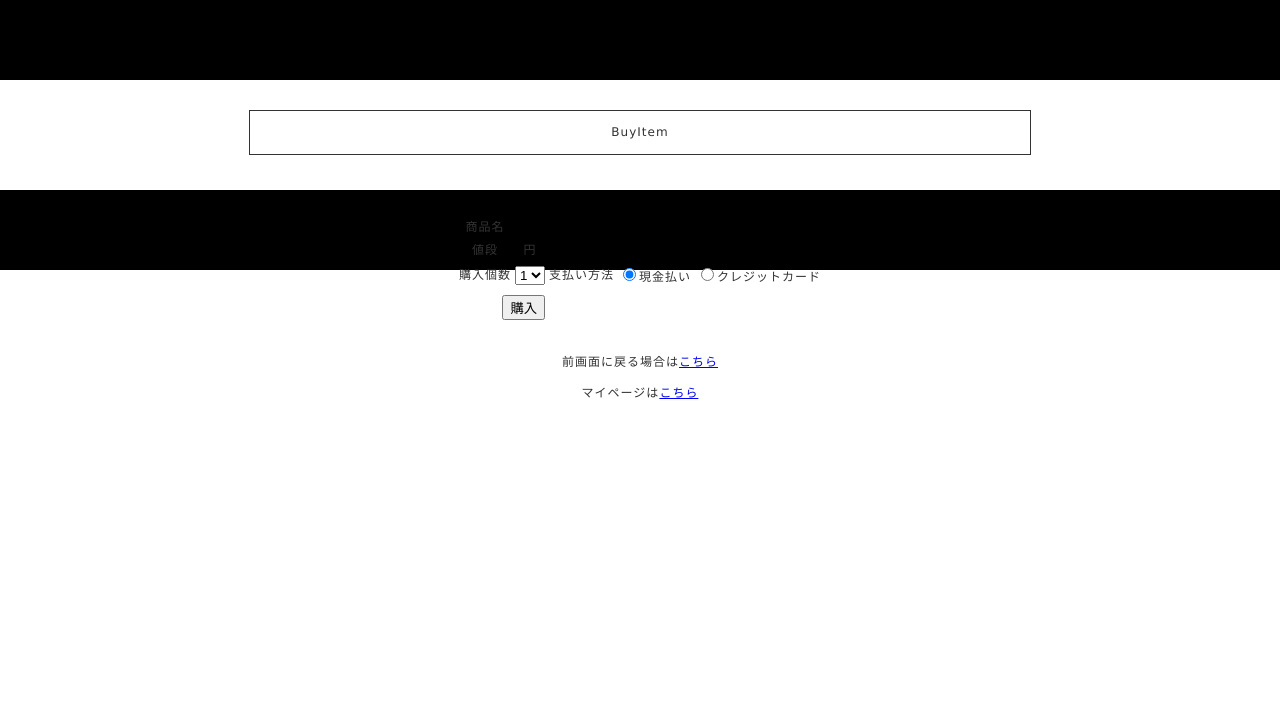
Repository: Numanaka/test
Page: http://localhost/ecsite/buyItem.jsp
The author's editor kept a copy of each file at every save. The page is drawn from the files as they stood at one save, then again after the next save.
The browser window is 1280 px wide. The pictures show the whole page.
The page is served by Tomcat 9.

Above is the page before, as saved 2019-07-10 06:56:50.

After the next save:
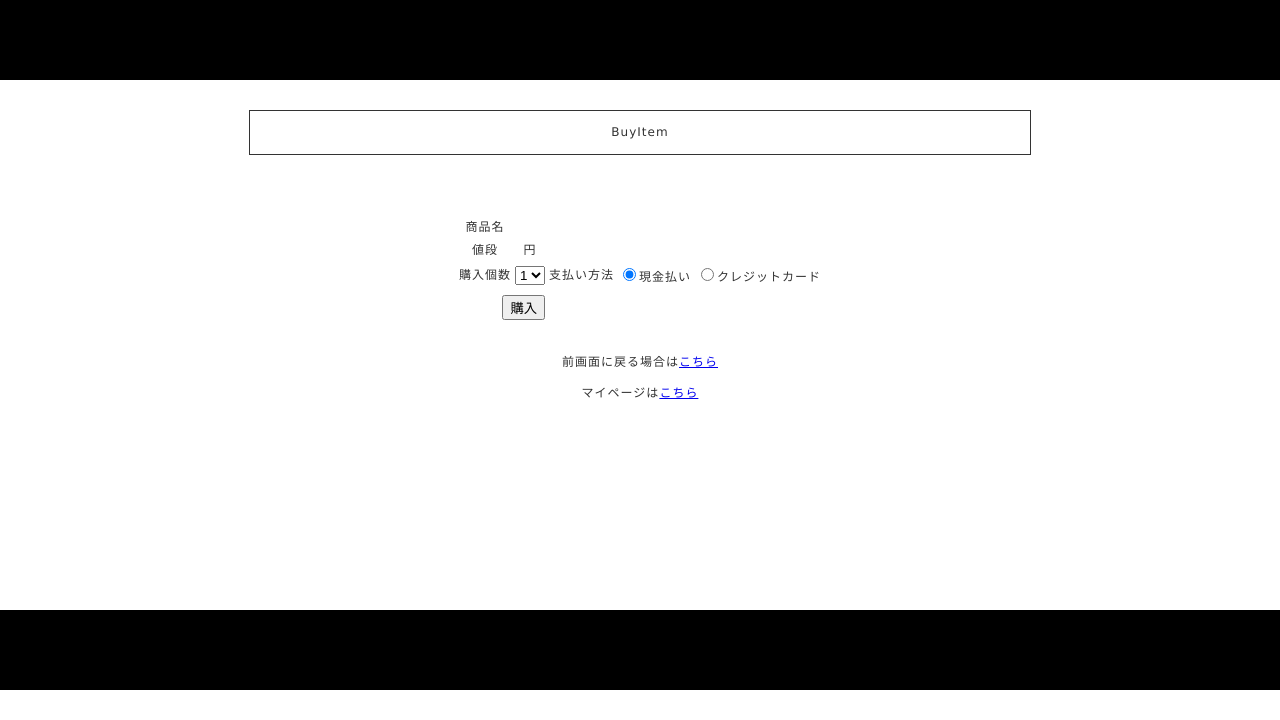
Saved 57 s later.
--- a/ecsite/WebContent/buyItem.jsp
+++ b/ecsite/WebContent/buyItem.jsp
@@ -49,7 +49,7 @@ table{
 
 #main{
 	width:100%;
-	height:80px;
+	height:500px;
 	text-align:center;
 }
 #footer{
